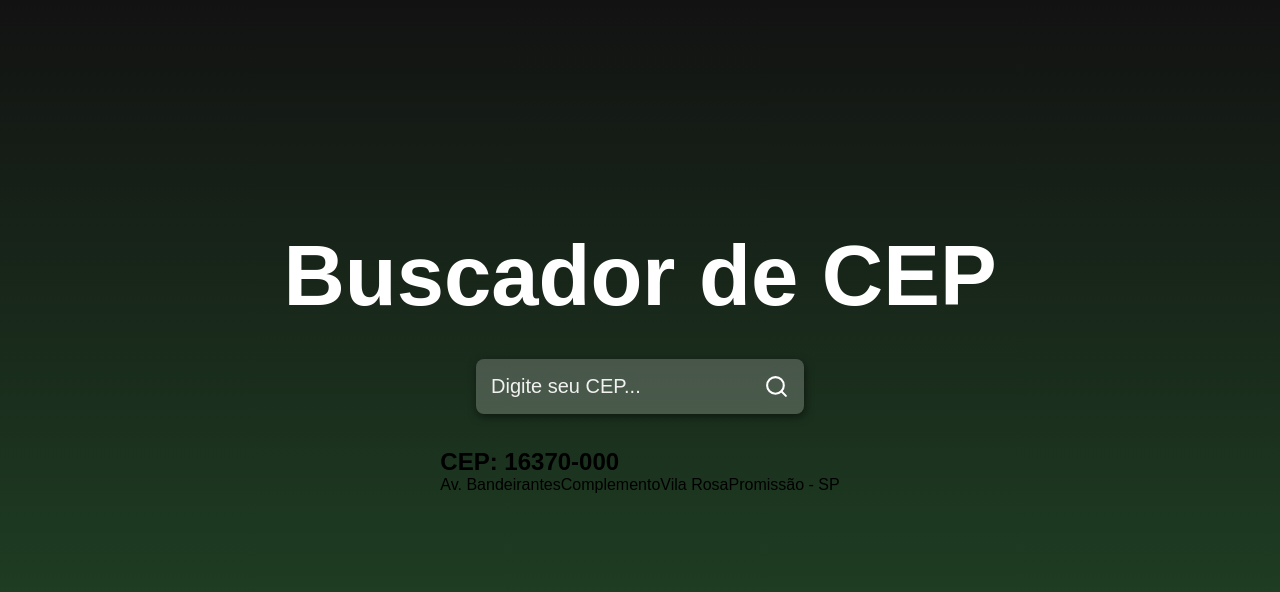
Repository: guipolo09/buscador-de-cep
Page: /
These files come from the project's save history. The page is drawn as it stood at one moment and after the next save; the edit follows.
The browser window is 1280 px wide. The pictures show the whole page.
The project was rebuilt for these pictures with package versions that can differ from the ones it lists, and the page was loaded fresh each time.

Above is the page before, as saved 2022-06-26 12:06:47.

After the next save:
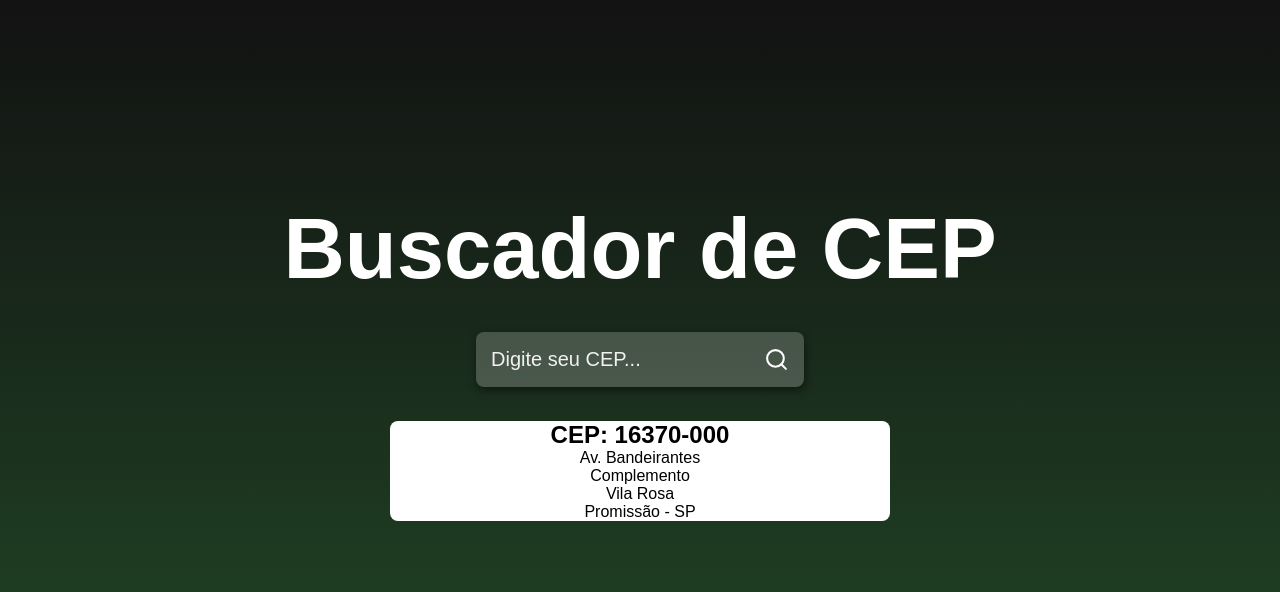
Saved 61 s later.
--- a/src/styles.css
+++ b/src/styles.css
@@ -57,3 +57,13 @@
 .buttonSearch:hover {
   transform: scale(1.2);
 }
+
+.main {
+  display: flex;
+  justify-content: center;
+  align-items: center;
+  flex-direction: column;
+  background-color: #fff;
+  width: 500px;
+  border-radius: 8px;
+}
